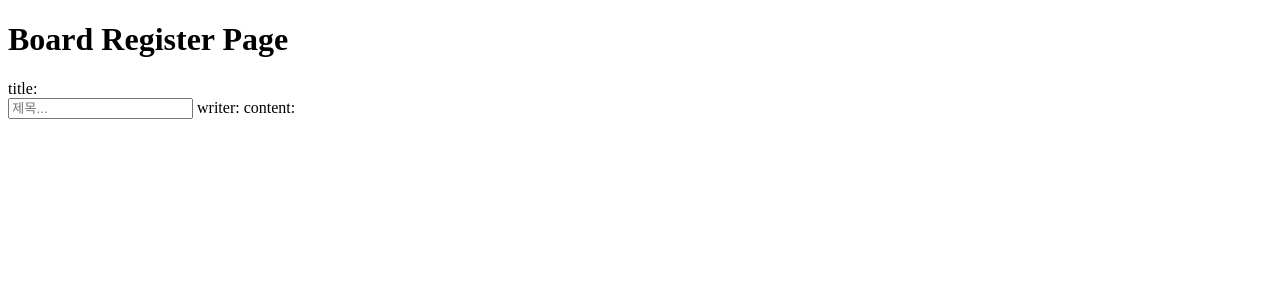
Repository: csk3830/jsp
Page: http://localhost/jsp_study/board/register.jsp
An editor plug-in stored every save of this project. The page is shown before and after the next save, followed by the edit.
The browser window is 1280 px wide. The pictures show the whole page.
The page is served by Tomcat 9.

Above is the page before, as saved 2024-10-22 06:04:56.

After the next save:
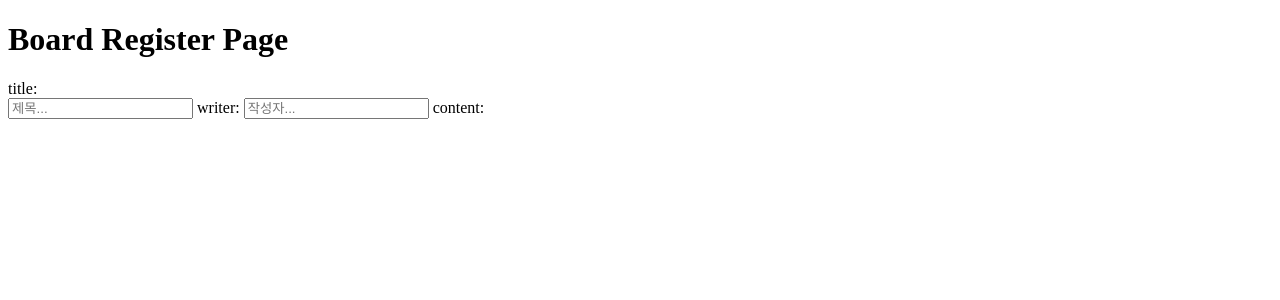
Saved 17 s later.
--- a/jsp_study/src/main/webapp/board/register.jsp
+++ b/jsp_study/src/main/webapp/board/register.jsp
@@ -12,6 +12,7 @@
 	<!-- name의 값은 VO의 객체의 값과 같아야 함. 필수. -->
 	<input type="text" name="title" placeholder="제목...">
 	writer:
+	<input type="text" name="writer" placeholder="작성자...">
 	content:
 </body>
 </html>
